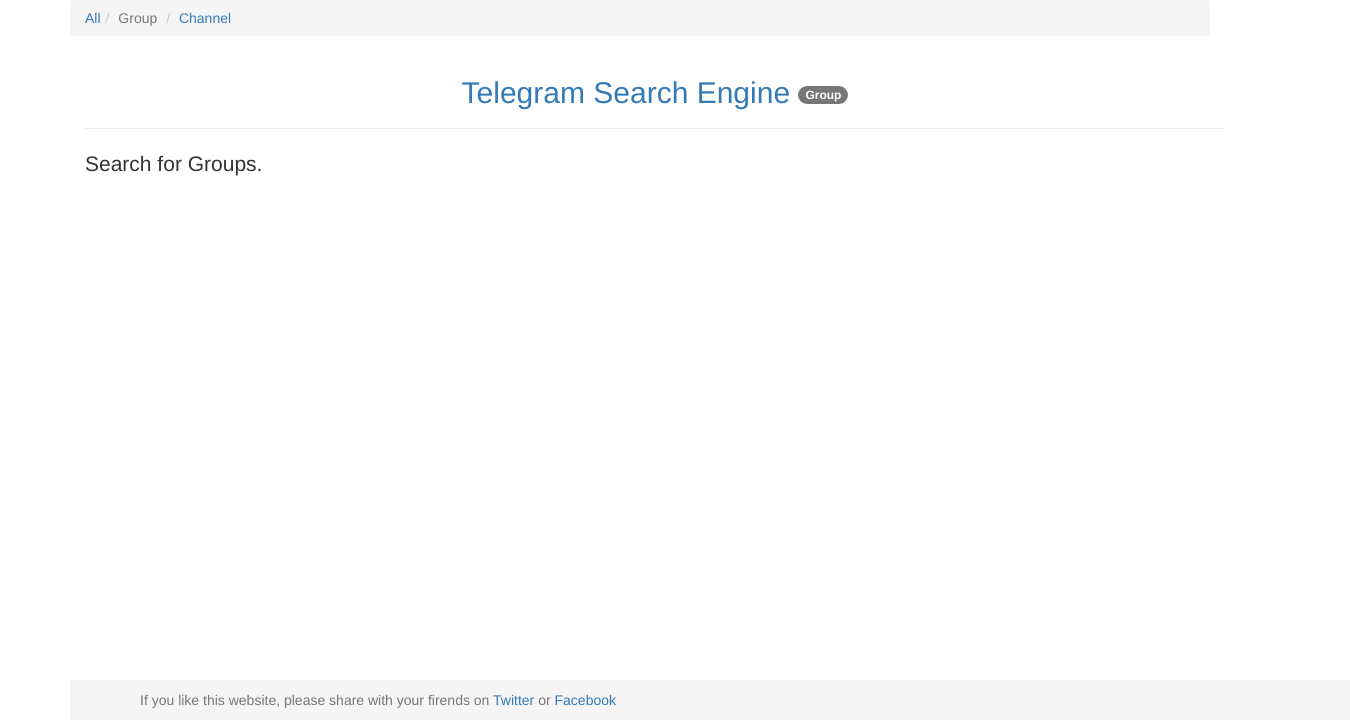
Repository: xtea/xtea.github.io
Page: ts_en_group.html
An editor plug-in stored every save of this project. The page is shown before and after the next save, followed by the edit.
The browser window is 1280 px wide. The page is 1350 px wide, so the pictures cover 1350 px, including what lies to the right of the window. The pictures show the whole page.

Above is the page before, as saved 2024-12-16 23:10:48.

### ts_en_group.html
<!DOCTYPE html>
<html lang="zh-CN">
  <head>
    <meta charset="utf-8">
    <meta http-equiv="Content-Type" content="text/html; charset=UTF-8">
    <meta http-equiv="X-UA-Compatible" content="IE=edge">
    <meta name="viewport" content="width=device-width, initial-scale=1">
    <meta name="description" content="Discover Thousands Telegram Channels, Groups and bots easily. List one of your own Telegram join link for free in Telegram group." />
    <meta name="keywords" content="Telegram, TELEGRAM group, Telegram group search, tg search, find telegram group" />
    <meta name="twitter:card" content="summary"></meta>

    <!-- Google Tag Manager -->
  <script>(function(w,d,s,l,i){w[l]=w[l]||[];w[l].push({'gtm.start':
  new Date().getTime(),event:'gtm.js'});var f=d.getElementsByTagName(s)[0],
  j=d.createElement(s),dl=l!='dataLayer'?'&l='+l:'';j.async=true;j.src=
  'https://www.googletagmanager.com/gtm.js?id='+i+dl;f.parentNode.insertBefore(j,f);
  })(window,document,'script','dataLayer','GTM-PNTGKNM');</script>
  <!-- End Google Tag Manager -->

  <!-- 广告拦截收入挽回 -->
  <script async src="https://fundingchoicesmessages.google.com/i/pub-5106553482008442?ers=1" nonce="Vutk0xBGqbSGui6kDlQ69w"></script><script nonce="Vutk0xBGqbSGui6kDlQ69w">(function() {function signalGooglefcPresent() {if (!window.frames['googlefcPresent']) {if (document.body) {const iframe = document.createElement('iframe'); iframe.style = 'width: 0; height: 0; border: none; z-index: -1000; left: -1000px; top: -1000px;'; iframe.style.display = 'none'; iframe.name = 'googlefcPresent'; document.body.appendChild(iframe);} else {setTimeout(signalGooglefcPresent, 0);}}}signalGooglefcPresent();})();</script>

  <!-- 电报搜索_EN xtea -->
<!--   <script async src="https://pagead2.googlesyndication.com/pagead/js/adsbygoogle.js?client=ca-pub-5106553482008442"
     crossorigin="anonymous"></script> -->
  <!-- googlesyndication -->

  <script async src="https://pagead2.googlesyndication.com/pagead/js/adsbygoogle.js?client=ca-pub-8099937387516501"
     crossorigin="anonymous"></script>


    <link rel="shortcut icon" href="img/2020/favicon.ico" type="image/x-icon" />
    <!-- 上述3个meta标签*必须*放在最前面，任何其他内容都*必须*跟随其后！ -->
    <!-- Bootstrap -->
    <link href="https://cdn.jsdelivr.net/npm/bootstrap@3.3.7/dist/css/bootstrap.min.css" rel="stylesheet">
    <!-- HTML5 shim 和 Respond.js 是为了让 IE8 支持 HTML5 元素和媒体查询（media queries）功能 -->
    <!-- 警告：通过 file:// 协议（就是直接将 html 页面拖拽到浏览器中）访问页面时 Respond.js 不起作用 -->
    <!--[if lt IE 9]>
      <script src="https://cdn.jsdelivr.net/npm/html5shiv@3.7.3/dist/html5shiv.min.js"></script>
      <script src="https://cdn.jsdelivr.net/npm/respond.js@1.4.2/dest/respond.min.js"></script>
    <![endif]-->
     <style>
     	/* Sticky footer styles
-------------------------------------------------- */
html {
  position: relative;
  min-height: 100%;
}
body {
  /* Margin bottom by footer height */
  margin-bottom: 60px;
}
.page-header {
    margin: 20px 0 20px;
}
.footer {
  position: absolute;
  bottom: 0;
  width: 100%;
  /* Set the fixed height of the footer here */
  background-color: #f5f5f5;
}


/* Custom page CSS
-------------------------------------------------- */
/* Not required for template or sticky footer method. */
.container .text-muted {
  margin: 10px 0;
}

.footer > .container {
  padding-right: 15px;
  padding-left: 15px;
}

code {
  font-size: 80%;
}
</style>
<!-- Google tag (gtag.js) -->
<script async src="https://www.googletagmanager.com/gtag/js?id=G-MTG41DQTYK"></script>
<script>
  window.dataLayer = window.dataLayer || [];
  function gtag(){dataLayer.push(arguments);}
  gtag('js', new Date());

  gtag('config', 'G-MTG41DQTYK');
</script>
	<title>Telegram Search. Find Telegram Channels, Bots & Groups.</title>
  </head>
  <body>
	  <!-- Google Tag Manager (noscript) -->
    <noscript><iframe src="https://www.googletagmanager.com/ns.html?id=GTM-PNTGKNM"
    height="0" width="0" style="display:none;visibility:hidden"></iframe></noscript>
    <!-- End Google Tag Manager (noscript) -->
    <div class="container">
      <div>
      <ol class="breadcrumb">
        <li><a href="ts_en.html">All</a></</li>
        <li class="active">Group</a></li>
        <li><a href="ts_en_channel.html">Channel</a></li>
      </ol>
    </div>
    <div class="container">
      <div class="page-header">
        <h2 class="text-center"><a href="ts_en_group.html">Telegram Search Engine</a>
          <span class="badge badge-info" title="Group Only.">Group</span>
        </h2>
      </div>
      <p class="lead">
        Search for Groups.
      </p>

    <!-- 电报搜索_EN xtea-->
<!--     <ins class="adsbygoogle"
         style="display:block"
         data-ad-client="ca-pub-5106553482008442"
         data-ad-slot="9702953718"
         data-ad-format="auto"
         data-full-width-responsive="true"></ins>
    <script>
         (adsbygoogle = window.adsbygoogle || []).push({});
    </script>  -->
      <!-- 电报搜索_EN -->

    <!-- 电报搜索_EN -->
  <ins class="adsbygoogle"
       style="display:block"
       data-ad-client="ca-pub-8099937387516501"
       data-ad-slot="1097909114"
       data-ad-format="auto"
       data-full-width-responsive="true"></ins>
  <script>
       (adsbygoogle = window.adsbygoogle || []).push({});
  </script>

     <script async src="https://cse.google.com/cse.js?cx=006249643689853114236:iggtcom3jxi"></script>
     <div class="gcse-search"></div>

    </div>
     <!-- Begin page content -->
    <footer class="footer">
      <div class="container">
        <p class="text-muted">
          If you like this website, please share with your firends on
          <a href="https://twitter.com/share?text=Telegram Search for everything&url=https://xtea.io/ts_en.html" target="_blank">Twitter</a>
          or
          <a href="https://www.facebook.com/sharer.php?title=Telegram Search for everything&u=https://xtea.io/ts_en.html" target="_blank">Facebook</a>
        </p>
      </div>
    </footer>
  </body>

</html>

After the next save:
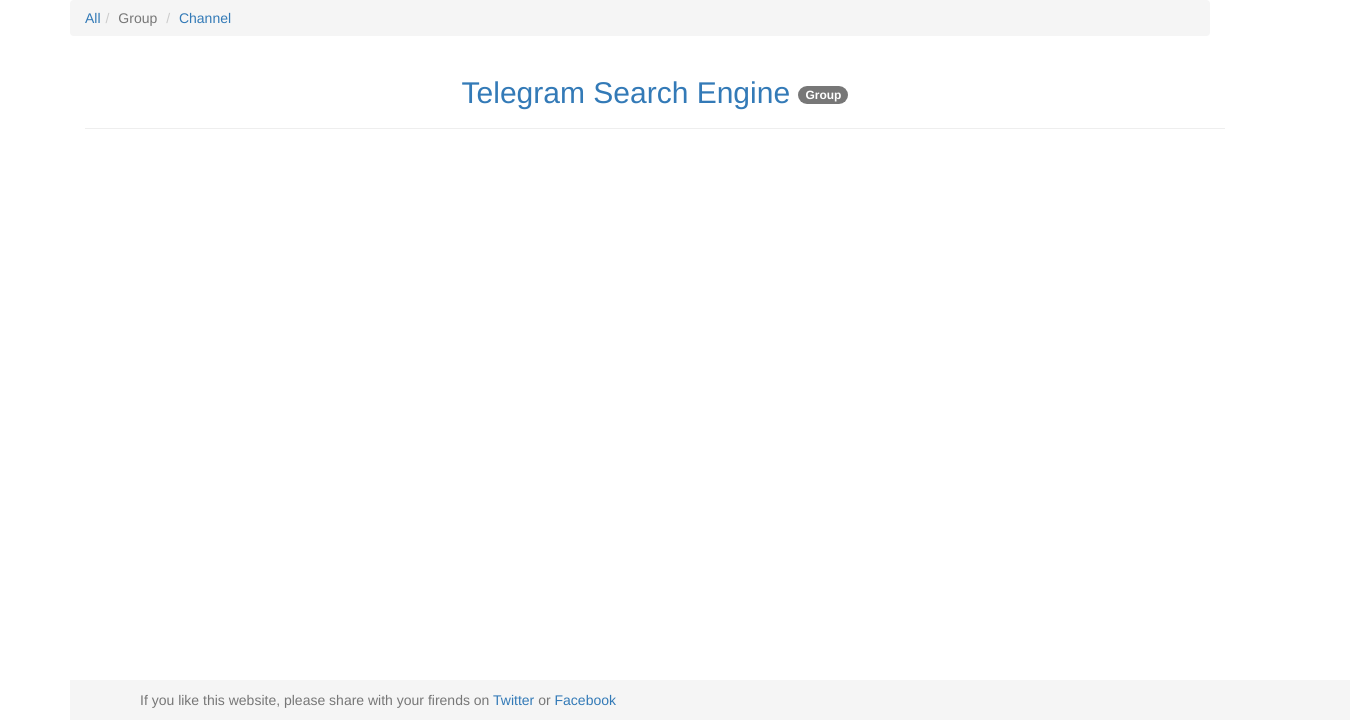
Saved 5 s later.
--- a/ts_en_group.html
+++ b/ts_en_group.html
@@ -108,9 +108,6 @@
           <span class="badge badge-info" title="Group Only.">Group</span>
         </h2>
       </div>
-      <p class="lead">
-        Search for Groups.
-      </p>
 
     <!-- 电报搜索_EN xtea-->
 <!--     <ins class="adsbygoogle"
